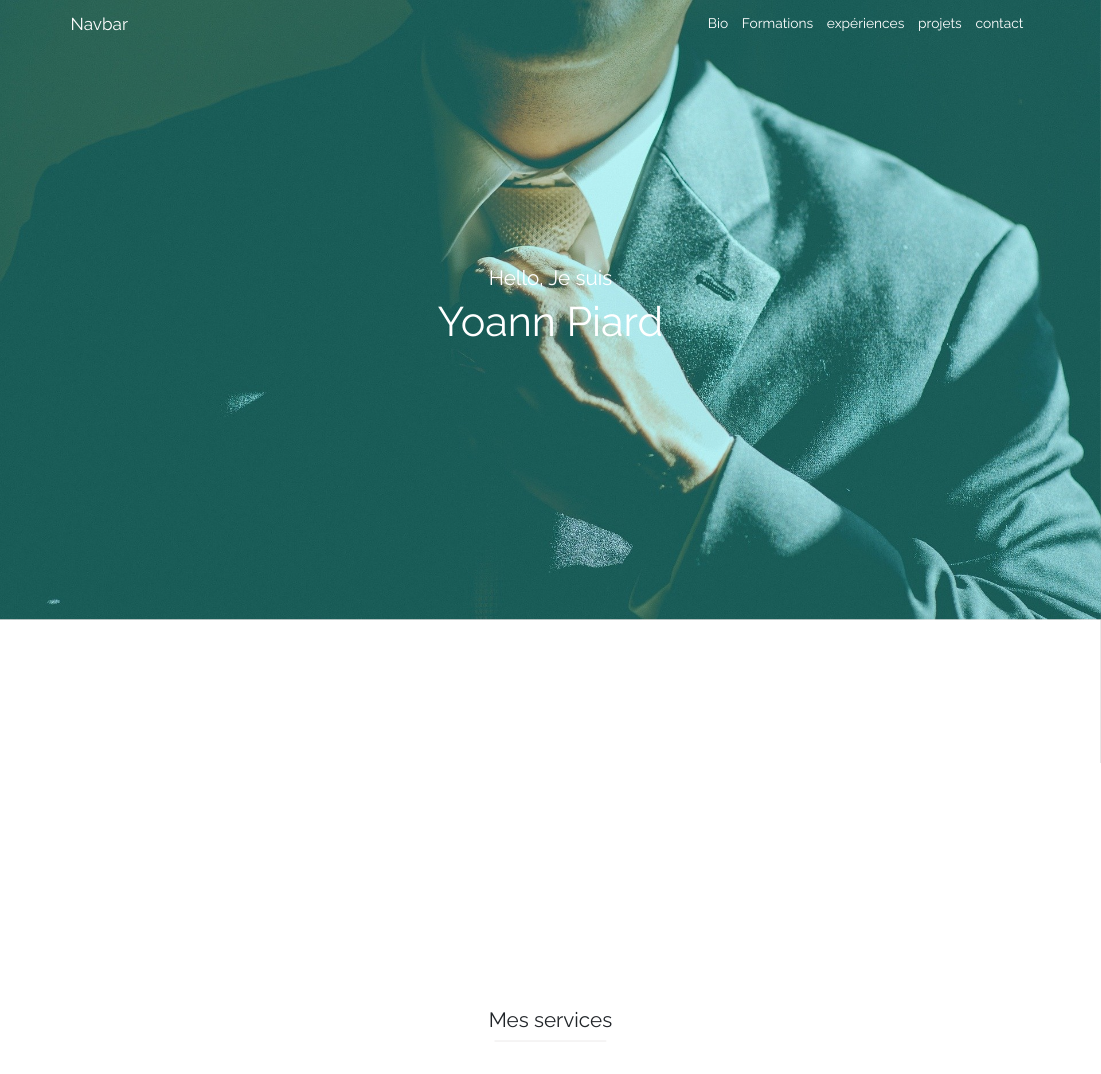
Repository: ypiard85/port-folio-bootstrap-yoann-2021
Page: index.html
The author's editor kept a copy of each file at every save. The page is drawn from the files as they stood at one save, then again after the next save.
The browser window is 1280 px wide. The pictures show the whole page, at 86% of full size.

Above is the page before, as saved 2021-03-09 15:20:48.
Console error: TypeError: window.onload is not a function

After the next save:
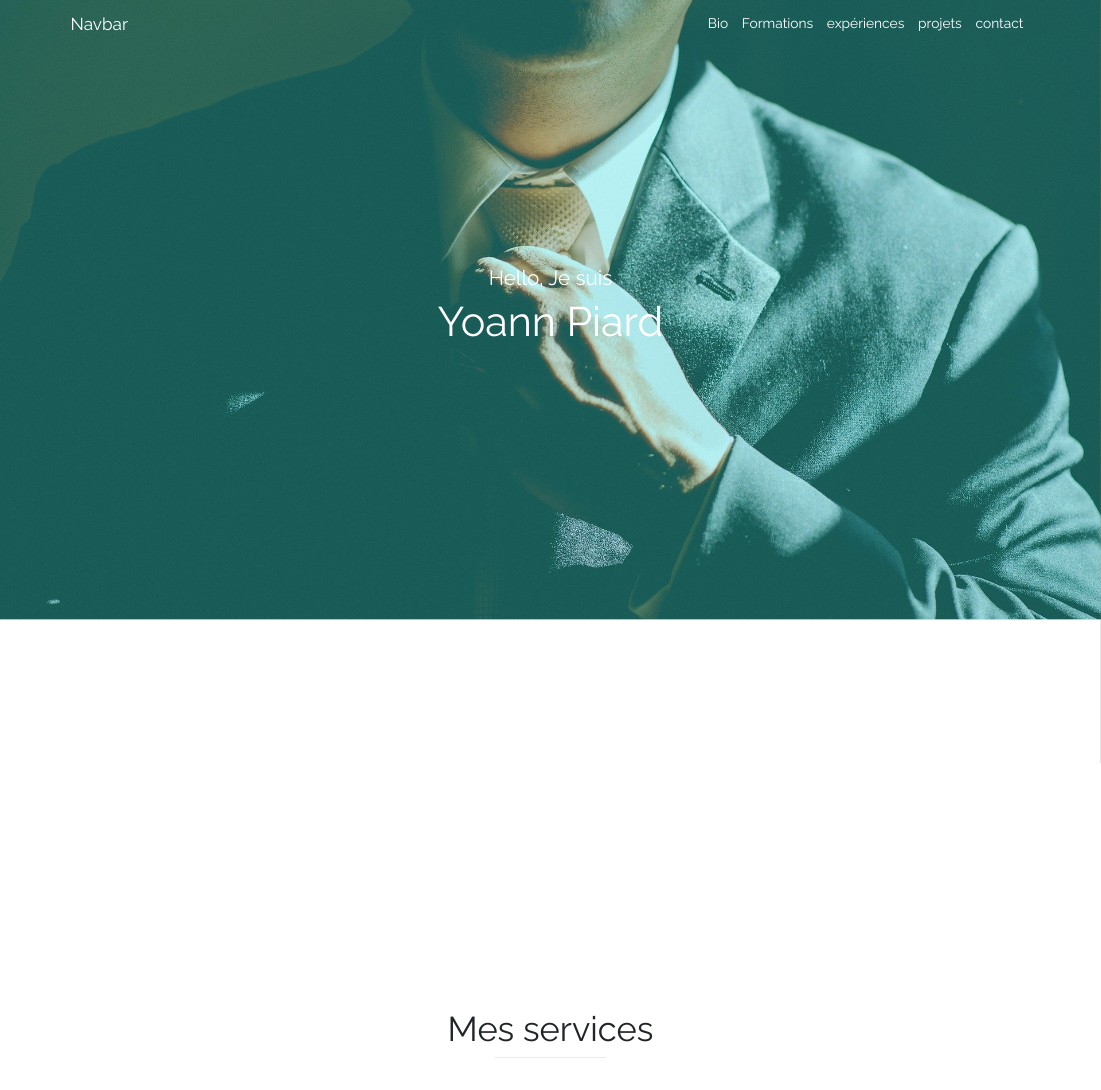
Saved 33 s later.
--- a/index.html
+++ b/index.html
@@ -90,7 +90,7 @@
 
     <section class="my_work">
         <div class="container">
-            <h4 class="ttile_section text-center mb-5">Mes services</h4>
+            <h1 class="ttile_section text-center mb-5">Mes services</h1>
         </div>
     </section>
 
